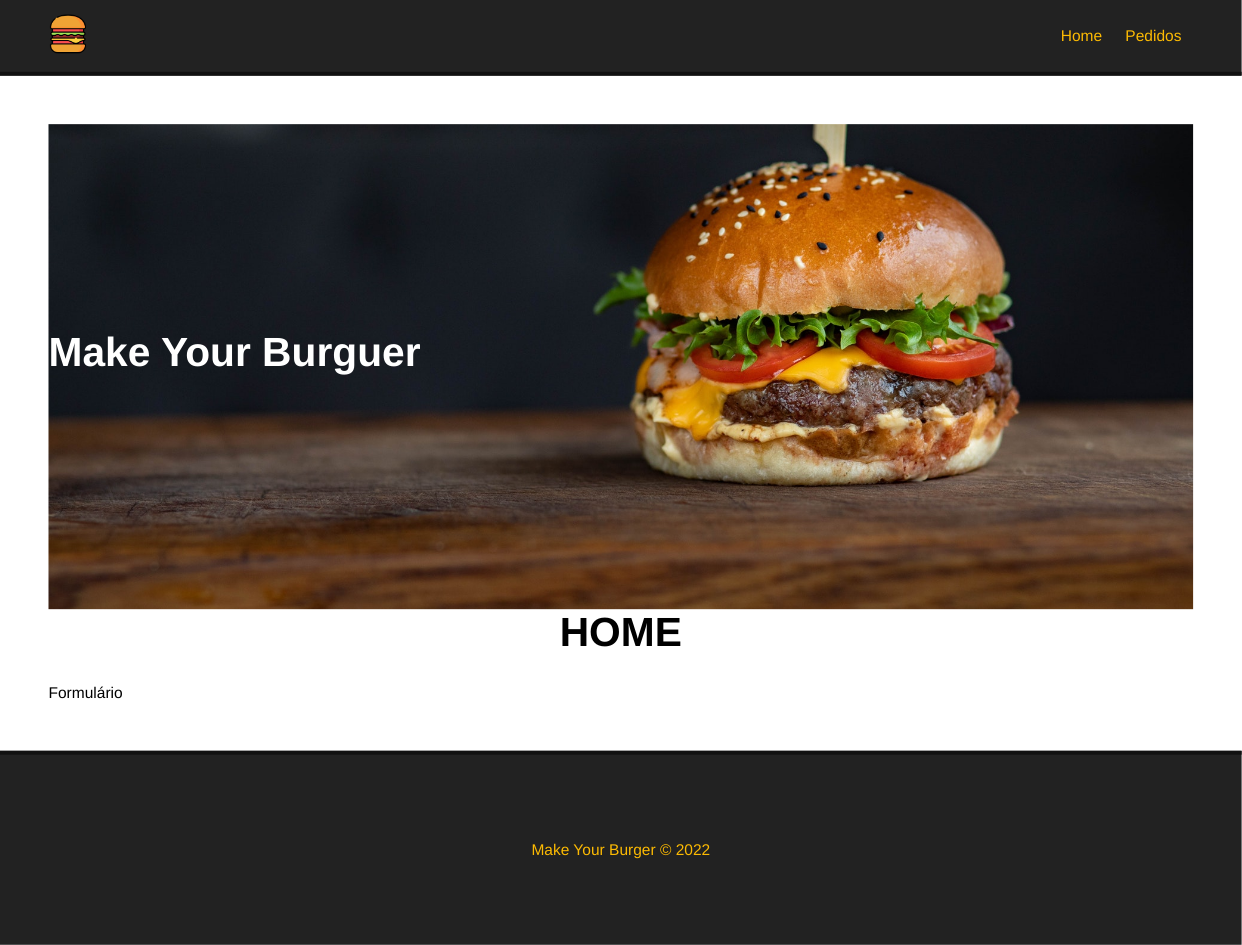
Repository: brunofa23/makeyourburguer
Page: /
The author's editor kept a copy of each file at every save. The page is drawn from the files as they stood at one save, then again after the next save.
The browser window is 1280 px wide. The pictures show the whole page, at 97% of full size.
The project was rebuilt for these pictures with package versions that can differ from the ones it lists, and the page was loaded fresh each time. Also part of the build but not shown: vue.config.js.

Above is the page before, as saved 2022-08-09 19:16:00.

After the next save:
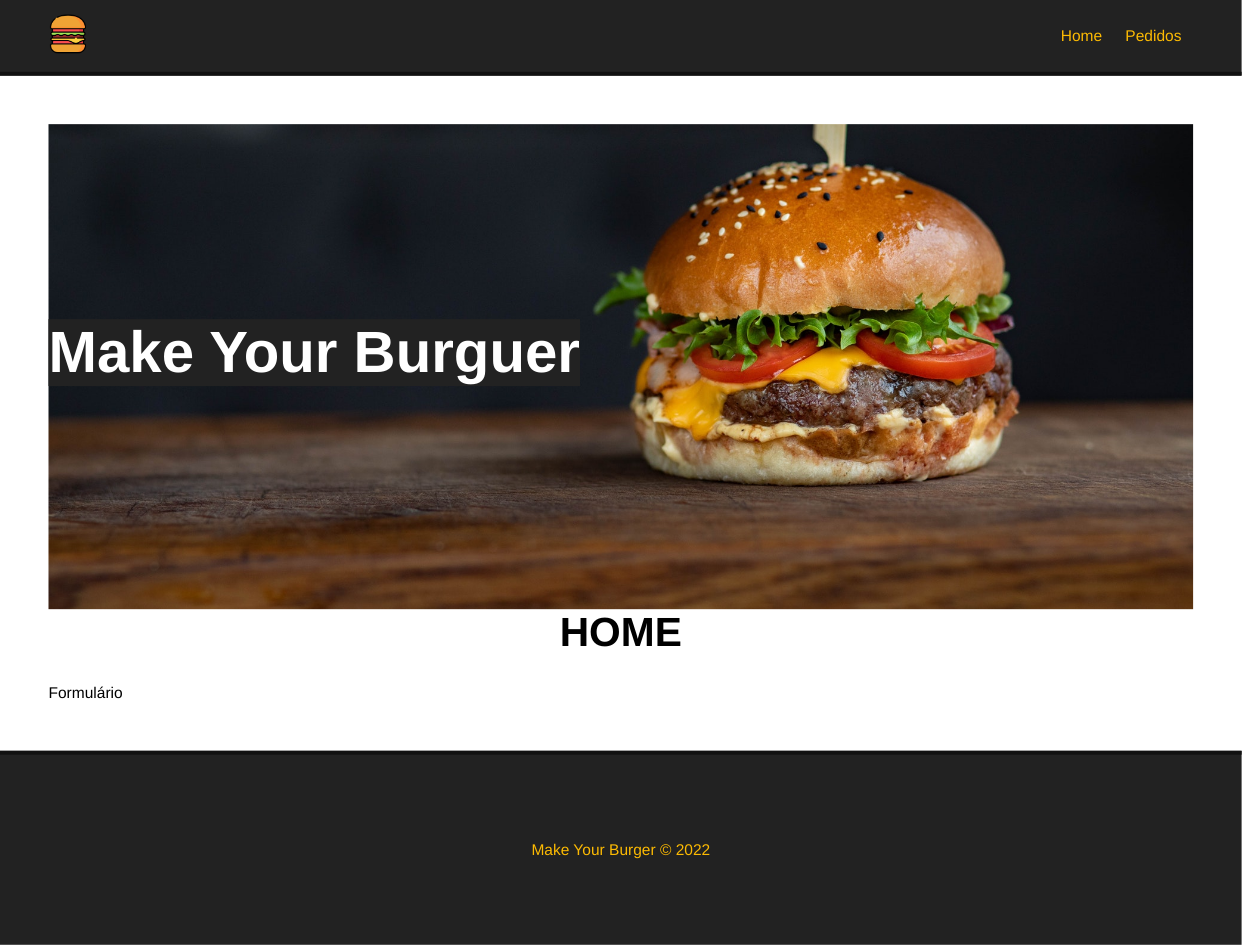
Saved 27 s later.
--- a/src/components/Banner.vue
+++ b/src/components/Banner.vue
@@ -25,6 +25,8 @@ export default {
 #main-banner h1{
     color: #FFF;
     text-align: center;
+    font-size: 60px;
+    background-color: #222;
 
 }
 
